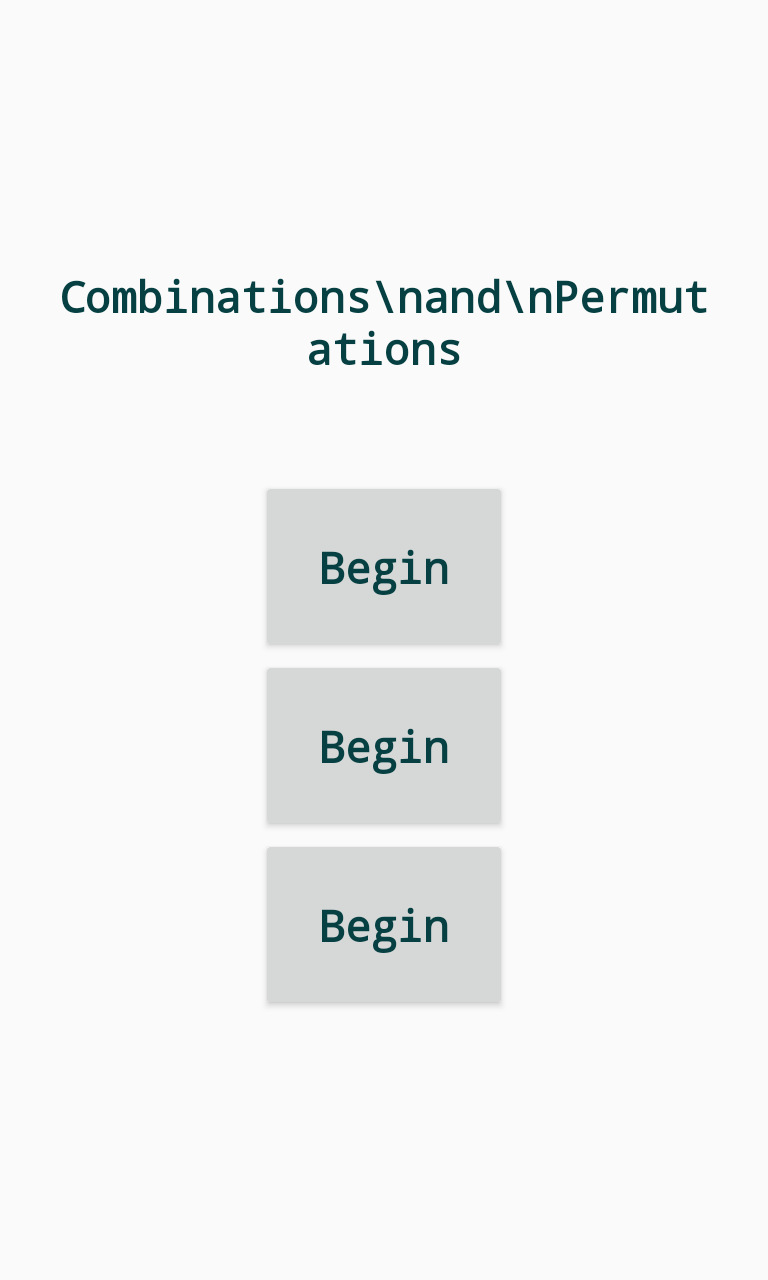
Repository: rontejada1991/Combinations-and-Permutations-Android-App
Layout: combinations/res/layout/activity_main.xml
An editor plug-in stored every save of this project. The layout is shown before and after the next save, followed by the edit.
It is drawn on a 768 x 1280 px phone screen (xhdpi) without system bars, with theme AppTheme; the app's code is not run.

Above is the layout before, as saved 2014-11-07 20:00:35.

After the next save:
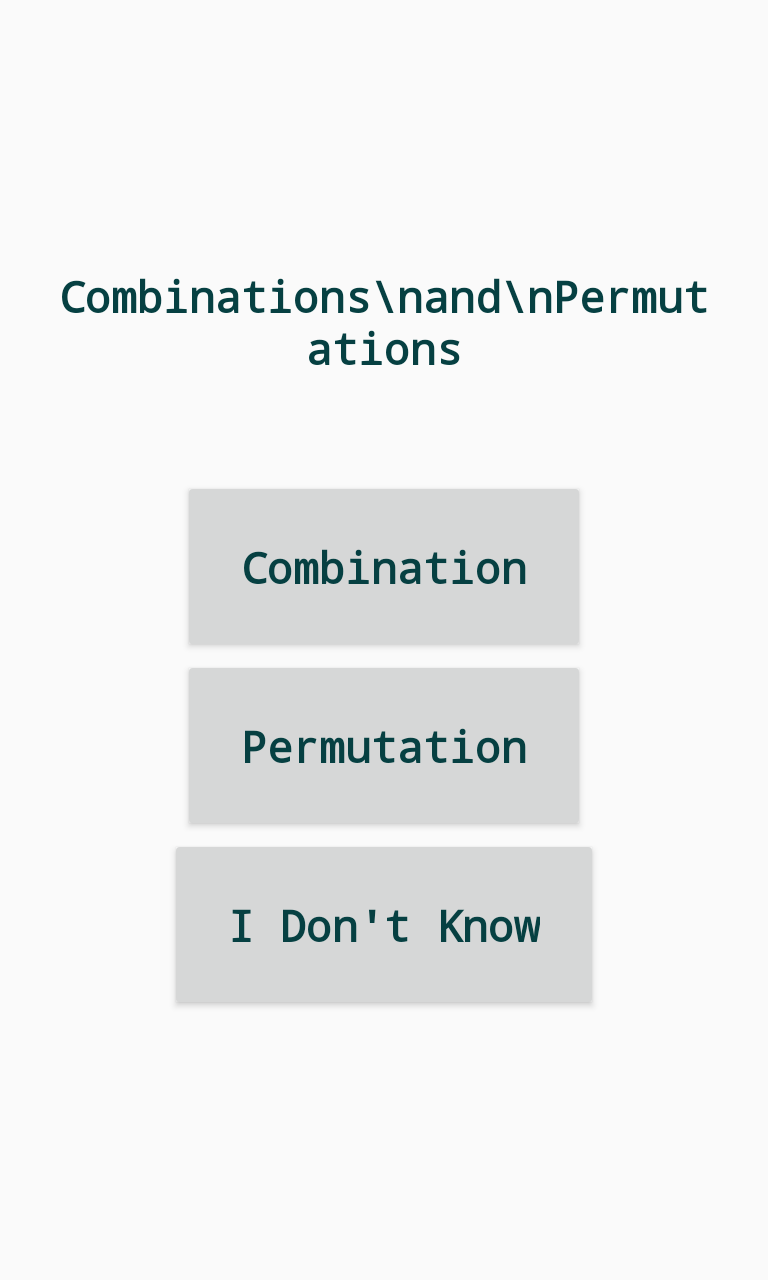
Saved 72 s later.
--- a/combinations/res/layout/activity_main.xml
+++ b/combinations/res/layout/activity_main.xml
@@ -17,21 +17,21 @@
     <Button
         android:id="@+id/b_begin"
         style="@style/CodeFont"
-        android:text="Begin"
+        android:text="Combination"
         android:padding="30dp"
         android:onClick="onBeginPressed" />
 
     <Button
         android:id="@+id/b_begin"
         style="@style/CodeFont"
-        android:text="Begin"
+        android:text="Permutation"
         android:padding="30dp"
         android:onClick="onBeginPressed" />
 
      <Button
         android:id="@+id/b_begin"
         style="@style/CodeFont"
-        android:text="Begin"
+        android:text="I Don't Know"
         android:padding="30dp"
         android:onClick="onBeginPressed" />
 
